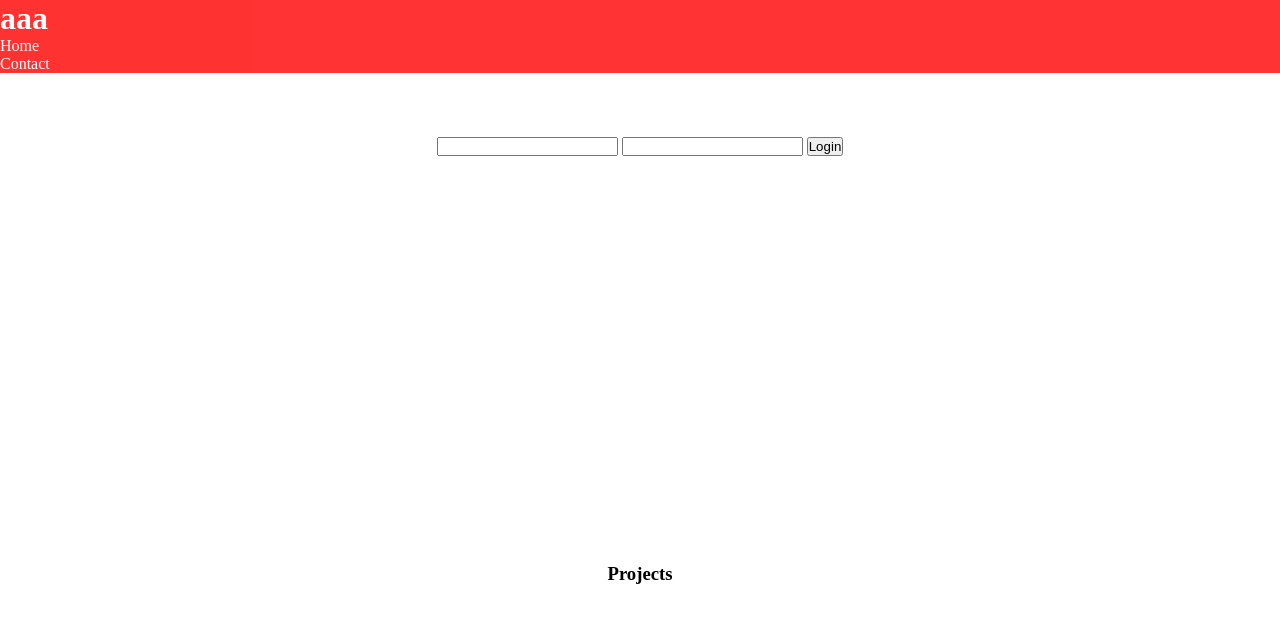
Repository: haakanerol/haakanerol
Page: Js.ass1/index.html
These files come from the project's save history. The page is drawn as it stood at one moment and after the next save; the edit follows.
The browser window is 1280 px wide. The pictures show the whole page.

Above is the page before, as saved 2024-02-25 15:52:40.

After the next save:
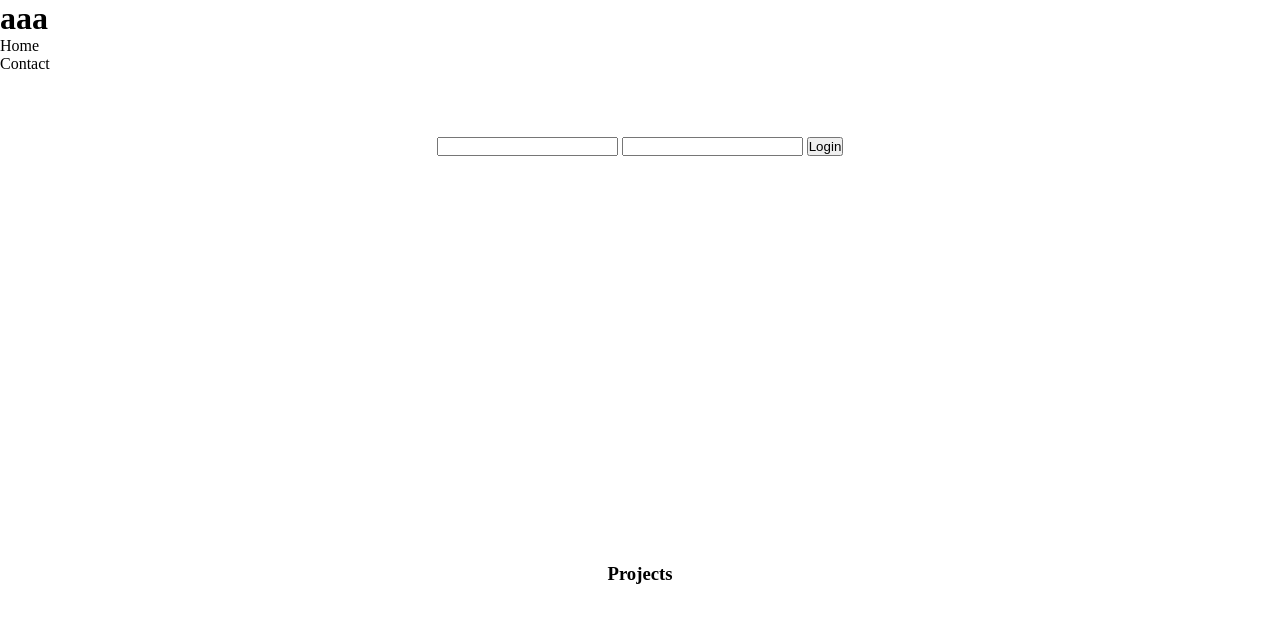
Console error: SyntaxError: Unexpected end of input
Saved 4 s later.
--- a/Js.ass1/app.js
+++ b/Js.ass1/app.js
@@ -3,4 +3,4 @@
 newHeader.style.backgroundColor = "red"
 newHeader.style.opacity = "0.8"
 newHeader.style.color = "white"
-newHeader
+newHeader.style.

After the save that followed:
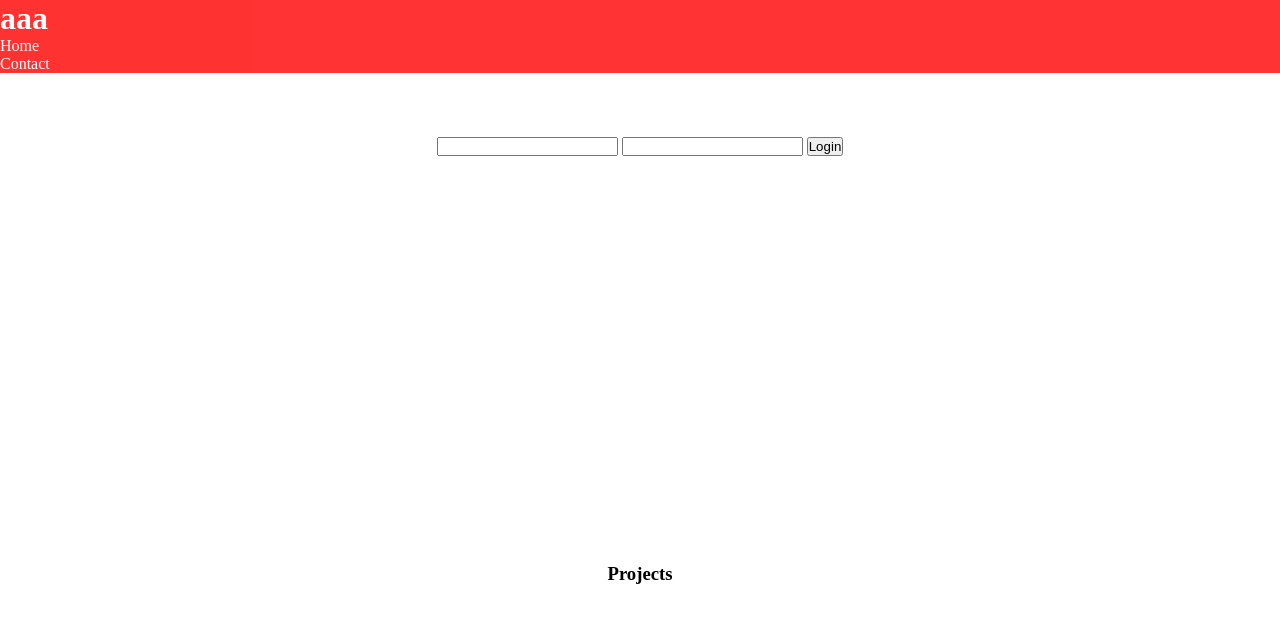
The error is gone.
Saved 4 s later.
--- a/Js.ass1/app.js
+++ b/Js.ass1/app.js
@@ -3,4 +3,4 @@
 newHeader.style.backgroundColor = "red"
 newHeader.style.opacity = "0.8"
 newHeader.style.color = "white"
-newHeader.style.
+newHeader.style.text
